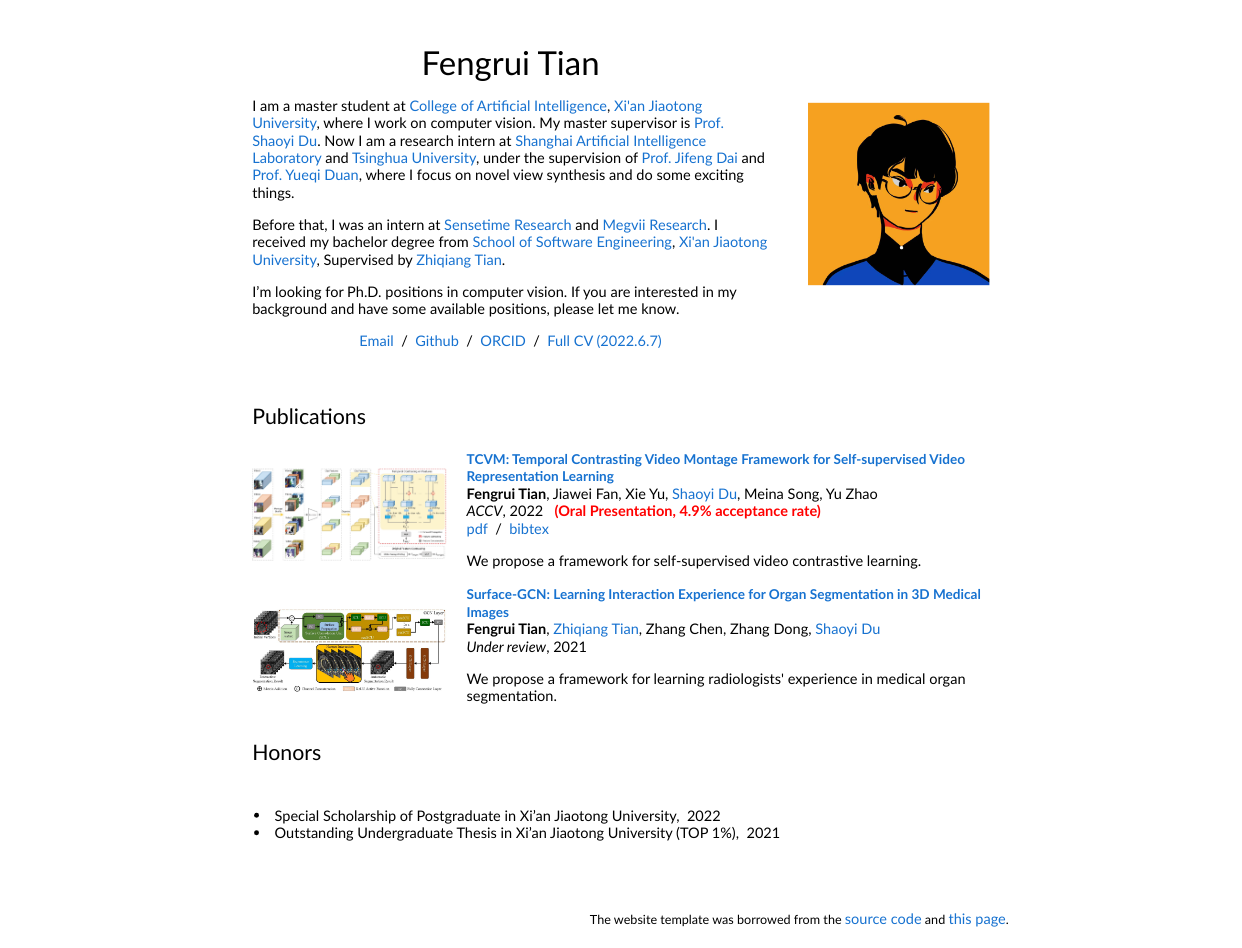
Repository: tianfr/tianfr.github.io
Page: index.html
An editor plug-in stored every save of this project. The page is shown before and after the next save, followed by the edit.
The browser window is 1280 px wide. The pictures show the whole page, at 97% of full size.

Above is the page before, as saved 2022-11-20 16:24:34.

### index.html
<!DOCTYPE HTML>
<html lang="en"><head><meta http-equiv="Content-Type" content="text/html; charset=UTF-8">

  <title>Fengrui Tian </title>

  <meta name="author" content="Fengrui Tian">
  <meta name="viewport" content="width=device-width, initial-scale=1">

  <link rel="stylesheet" type="text/css" href="stylesheet.css">
	<link rel="icon" href="data:[embedded picture, 141 characters]">
</head>

<body>
  <table style="width:100%;max-width:800px;border:0px;border-spacing:0px;border-collapse:separate;margin-right:auto;margin-left:auto;"><tbody>
    <tr style="padding:0px">
      <td style="padding:0px">
        <table style="width:100%;border:0px;border-spacing:0px;border-collapse:separate;margin-right:auto;margin-left:auto;"><tbody>
          <tr style="padding:0px">
            <td style="padding:2.5%;width:63%;vertical-align:middle">
              <p style="text-align:center">
                <name>
                  Fengrui Tian
                  <!-- <font face="KaiTi" size="6">田丰瑞</font> -->
                </name>
              </p>
              <p>I am a master student at <a href="http://iair.xjtu.edu.cn/">College of Artificial Intelligence</a>, <a href="http://www.xjtu.edu.cn/">Xi'an Jiaotong University</a>, where I work on computer vision. My master supervisor is <a href="https://gr.xjtu.edu.cn/en/web/dushaoyi/home">Prof. Shaoyi Du</a>. Now I am a research intern at <a href="https://www.shlab.org.cn/">Shanghai Artificial Intelligence Laboratory</a> and <a href="https://www.tsinghua.edu.cn/">Tsinghua University</a>, under the supervision of <a href="https://jifengdai.org/">Prof. Jifeng Dai</a> and  <a href="https://duanyueqi.github.io/">Prof. Yueqi Duan</a>, where I focus on novel view synthesis and do some exciting things.
              </p>
              <p> Before that, I was an intern at <a href="https://www.sensetime.com/">Sensetime Research</a> and
                <a href="https://www.megvii.com/">Megvii Research</a>. I received my bachelor degree from  <a href="https://blog.google/products/google-ar-vr/introducing-next-generation-jump/">School of Software Engineering</a>, <a href="http://www.xjtu.edu.cn/">Xi'an Jiaotong University</a>, Supervised by <a href="https://gr.xjtu.edu.cn/en/web/zhiqiangtian/home">Zhiqiang Tian</a>.
              </p>
              <p>  I’m looking for Ph.D. positions in computer vision. If you are interested in my background and have some available positions, please let me know.
              </p>
              <p style="text-align:center">
                <a href="mailto:tianfr@stu.xjtu.edu.cn">Email</a> &nbsp/&nbsp
                <!-- <a href="data/JonBarron-CV.pdf">CV</a> &nbsp/&nbsp -->
                <!-- <a href="data/JonBarron-bio.txt">Bio</a> &nbsp/&nbsp -->
                <!-- <a href="https://scholar.google.com/citations?hl=en&user=jktWnL8AAAAJ">Google Scholar</a> &nbsp/&nbsp -->
                <!-- <a href="https://twitter.com/jon_barron">Twitter</a> &nbsp/&nbsp -->
                <a href="https://github.com/tianfr/">Github</a> &nbsp/&nbsp
                <a href="https://orcid.org/0000-0002-9577-5276">ORCID</a> &nbsp/&nbsp
                <a href="data/PS_Tian Fengrui_2022_6_7_en.pdf">Full CV (2022.6.7)</a>

              </p>
            </td>
            <td style="padding:2.5%;width:25%;max-width:25%">
              <a href="images/Fengrui_Tian_avatar.jpg"><img style="width:100%;max-width:100%" alt="profile photo" src="images/Fengrui_Tian_avatar.jpg" class="hoverZoomLink"></a>
            </td>
          </tr>
        <!-- </tbody></table>
        <table style="width:100%;border:0px;border-spacing:0px;border-collapse:separate;margin-right:auto;margin-left:auto;"><tbody>
            <tr>
            <td style="padding:20px;width:100%;vertical-align:middle">
              <heading>Research</heading>
              <p>
                I'm interested in computer vision, machine learning, optimization, and image processing. Much of my research is about inferring the physical world (shape, motion, color, light, etc) from images. Representative papers are <span class="highlight">highlighted</span>.
              </p>
            </td>
          </tr>
        </tbody></table> -->
        <table width="100%" align="center" border="0" cellspacing="0" cellpadding="20"><tbody>
          <tr>
            <td>
              <heading>Publications</heading>
            </td>
          </tr>
        </tbody></table>
        <table style="width:100%;border:0px;border-spacing:0px;border-collapse:separate;margin-right:auto;margin-left:auto;"><tbody>

          <tr onmouseout="dreamfusion_stop()" onmouseover="dreamfusion_start()">
            <td style="padding:20px;width:25%;vertical-align:middle">
              <img src="images/tcvm_overview.jpg" alt="prl" width="200" height="95">
            </td>
            <!-- <td style="padding:20px;width:25%;vertical-align:middle">
              <div class="one">
                <div class="two" id='dreamfusion_image'><video  width=100% height=100% muted autoplay loop>
                <source src="images/dreamfusion.mp4" type="video/mp4">
                Your browser does not support the video tag.
                </video></div>
                <img src='images/tcvm_overview.jpg' width="160">
              </div>
              <script type="text/javascript">
                function dreamfusion_start() {
                  document.getElementById('dreamfusion_image').style.opacity = "1";
                }

                function dreamfusion_stop() {
                  document.getElementById('dreamfusion_image').style.opacity = "0";
                }
                dreamfusion_stop()
              </script>
            </td> -->
            <!-- <td style="padding:20px;width:75%;vertical-align:middle"> -->
            <td width="75%" valign="middle">
              <a href="paper/22accv_tcvm.pdf">
                <papertitle>TCVM: Temporal Contrasting Video Montage Framework for Self-supervised Video Representation Learning</papertitle>
              </a>
              <br>
              <strong>Fengrui Tian</strong>,
              Jiawei Fan,
              Xie Yu,
              <a href="https://gr.xjtu.edu.cn/en/web/dushaoyi/home">Shaoyi Du</a>,
              Meina Song,
              Yu Zhao
              <br>
              <em>ACCV</em>, 2022 &nbsp <font color="red"><strong>(Oral Presentation, 4.9% acceptance rate)</strong></font>
              <br>
              <a href="paper/22accv_tcvm.pdf">pdf</a>  &nbsp/&nbsp
              <a href="data/accv22TCVM.bib">bibtex</a>
              <p></p>
              <p>
              We propose a framework for self-supervised video contrastive learning.
              </p>
            </td>
          </tr>


          <tr>
            <td style="padding:20px;width:25%;vertical-align:middle">
              <img src="images/surfacegcn.jpg" alt="prl" width="200" height="85">
            </td>
            <td width="75%" valign="middle">
              <a href="">
                <papertitle>Surface-GCN: Learning Interaction Experience for Organ Segmentation in 3D Medical Images</papertitle>
              </a>
              <br>
              <strong>Fengrui Tian</strong>,
              <a href="https://gr.xjtu.edu.cn/en/web/zhiqiangtian/home">Zhiqiang Tian</a>,
              Zhang Chen,
              Zhang Dong,
              <a href="https://gr.xjtu.edu.cn/en/web/dushaoyi/home">Shaoyi Du</a>
              <br>
              <em>Under review</em>, 2021
              <br>
              <!-- <a href="data/BarronPRL2009.bib">bibtex</a> -->
              <p>We propose a framework for learning radiologists' experience in medical organ segmentation.</p>
            </td>
          </tr>

        </tbody></table>


        <table width="100%" align="center" border="0" cellspacing="0" cellpadding="20"><tbody>
          <tr>
            <td>
              <heading>Honors</heading>
            </td>
          </tr>
        </tbody></table>
        <table width="100%" align="center" border="0" cellpadding="20"><tbody>
          <tr>
            <td style="padding:20px;width:100%;vertical-align:middle">
              <li>Special Scholarship of Postgraduate in Xi’an Jiaotong University,&nbsp; 2022 </li>
              <li>Outstanding Undergraduate Thesis in Xi’an Jiaotong University (TOP 1%),&nbsp; 2021 </li> <br>
          </td>

          </tr>


        </tbody></table>
        <table style="width:100%;border:0px;border-spacing:0px;border-collapse:separate;margin-right:auto;margin-left:auto;"><tbody>
          <tr>
            <td style="padding:0px">
              <br>
              <p style="text-align:right;font-size:small;">
                The website template was borrowed from the <a href="https://github.com/jonbarron/website">source code</a> and <a href="https://jonbarron.info/"> this page</a>.
              </p>
            </td>
          </tr>
        </tbody></table>
      </td>
    </tr>
  </table>
</body>

</html>

### stylesheet.css
/* latin-ext */
@font-face {
  font-family: 'Lato';
  font-style: italic;
  font-weight: 400;
  src: local('Lato Italic'), local('Lato-Italic'), url(https://fonts.gstatic.com/s/lato/v15/S6u8w4BMUTPHjxsAUi-qNiXg7eU0.woff2) format('woff2');
  unicode-range: U+0100-024F, U+0259, U+1E00-1EFF, U+2020, U+20A0-20AB, U+20AD-20CF, U+2113, U+2C60-2C7F, U+A720-A7FF;
}
/* latin */
@font-face {
  font-family: 'Lato';
  font-style: italic;
  font-weight: 400;
  src: local('Lato Italic'), local('Lato-Italic'), url(https://fonts.gstatic.com/s/lato/v15/S6u8w4BMUTPHjxsAXC-qNiXg7Q.woff2) format('woff2');
  unicode-range: U+0000-00FF, U+0131, U+0152-0153, U+02BB-02BC, U+02C6, U+02DA, U+02DC, U+2000-206F, U+2074, U+20AC, U+2122, U+2191, U+2193, U+2212, U+2215, U+FEFF, U+FFFD;
}
/* latin-ext */
@font-face {
  font-family: 'Lato';
  font-style: italic;
  font-weight: 700;
  src: local('Lato Bold Italic'), local('Lato-BoldItalic'), url(https://fonts.gstatic.com/s/lato/v15/S6u_w4BMUTPHjxsI5wq_FQftx9897sxZ.woff2) format('woff2');
  unicode-range: U+0100-024F, U+0259, U+1E00-1EFF, U+2020, U+20A0-20AB, U+20AD-20CF, U+2113, U+2C60-2C7F, U+A720-A7FF;
}
/* latin */
@font-face {
  font-family: 'Lato';
  font-style: italic;
  font-weight: 700;
  src: local('Lato Bold Italic'), local('Lato-BoldItalic'), url(https://fonts.gstatic.com/s/lato/v15/S6u_w4BMUTPHjxsI5wq_Gwftx9897g.woff2) format('woff2');
  unicode-range: U+0000-00FF, U+0131, U+0152-0153, U+02BB-02BC, U+02C6, U+02DA, U+02DC, U+2000-206F, U+2074, U+20AC, U+2122, U+2191, U+2193, U+2212, U+2215, U+FEFF, U+FFFD;
}
/* latin-ext */
@font-face {
  font-family: 'Lato';
  font-style: normal;
  font-weight: 400;
  src: local('Lato Regular'), local('Lato-Regular'), url(https://fonts.gstatic.com/s/lato/v15/S6uyw4BMUTPHjxAwXiWtFCfQ7A.woff2) format('woff2');
  unicode-range: U+0100-024F, U+0259, U+1E00-1EFF, U+2020, U+20A0-20AB, U+20AD-20CF, U+2113, U+2C60-2C7F, U+A720-A7FF;
}
/* latin */
@font-face {
  font-family: 'Lato';
  font-style: normal;
  font-weight: 400;
  src: local('Lato Regular'), local('Lato-Regular'), url(https://fonts.gstatic.com/s/lato/v15/S6uyw4BMUTPHjx4wXiWtFCc.woff2) format('woff2');
  unicode-range: U+0000-00FF, U+0131, U+0152-0153, U+02BB-02BC, U+02C6, U+02DA, U+02DC, U+2000-206F, U+2074, U+20AC, U+2122, U+2191, U+2193, U+2212, U+2215, U+FEFF, U+FFFD;
}
/* latin-ext */
@font-face {
  font-family: 'Lato';
  font-style: normal;
  font-weight: 700;
  src: local('Lato Bold'), local('Lato-Bold'), url(https://fonts.gstatic.com/s/lato/v15/S6u9w4BMUTPHh6UVSwaPGQ3q5d0N7w.woff2) format('woff2');
  unicode-range: U+0100-024F, U+0259, U+1E00-1EFF, U+2020, U+20A0-20AB, U+20AD-20CF, U+2113, U+2C60-2C7F, U+A720-A7FF;
}
/* latin */
@font-face {
  font-family: 'Lato';
  font-style: normal;
  font-weight: 700;
  src: local('Lato Bold'), local('Lato-Bold'), url(https://fonts.gstatic.com/s/lato/v15/S6u9w4BMUTPHh6UVSwiPGQ3q5d0.woff2) format('woff2');
  unicode-range: U+0000-00FF, U+0131, U+0152-0153, U+02BB-02BC, U+02C6, U+02DA, U+02DC, U+2000-206F, U+2074, U+20AC, U+2122, U+2191, U+2193, U+2212, U+2215, U+FEFF, U+FFFD;
}

a {
  color: #1772d0;
  text-decoration: none;
}

a:focus,
a:hover {
  color: #f09228;
  text-decoration: none;
}

body,
td,
th,
tr,
p,
a {
  font-family: 'Lato', Verdana, Helvetica, sans-serif;
  font-size: 15px
}

strong {
  font-family: 'Lato', Verdana, Helvetica, sans-serif;
  font-size: 15px;
}

heading {
  font-family: 'Lato', Verdana, Helvetica, sans-serif;
  font-size: 22px;
}

papertitle {
  font-family: 'Lato', Verdana, Helvetica, sans-serif;
  font-size: 14px;
  font-weight: 700
}

name {
  font-family: 'Lato', Verdana, Helvetica, sans-serif;
  font-size: 34px;
}

.one {
  width: 160px;
  height: 160px;
  position: relative;
}

.two {
  width: 160px;
  height: 160px;
  position: absolute;
  transition: opacity .2s ease-in-out;
  -moz-transition: opacity .2s ease-in-out;
  -webkit-transition: opacity .2s ease-in-out;
}

.fade {
  transition: opacity .2s ease-in-out;
  -moz-transition: opacity .2s ease-in-out;
  -webkit-transition: opacity .2s ease-in-out;
}

span.highlight {
  background-color: #ffffd0;
}

After the next save:
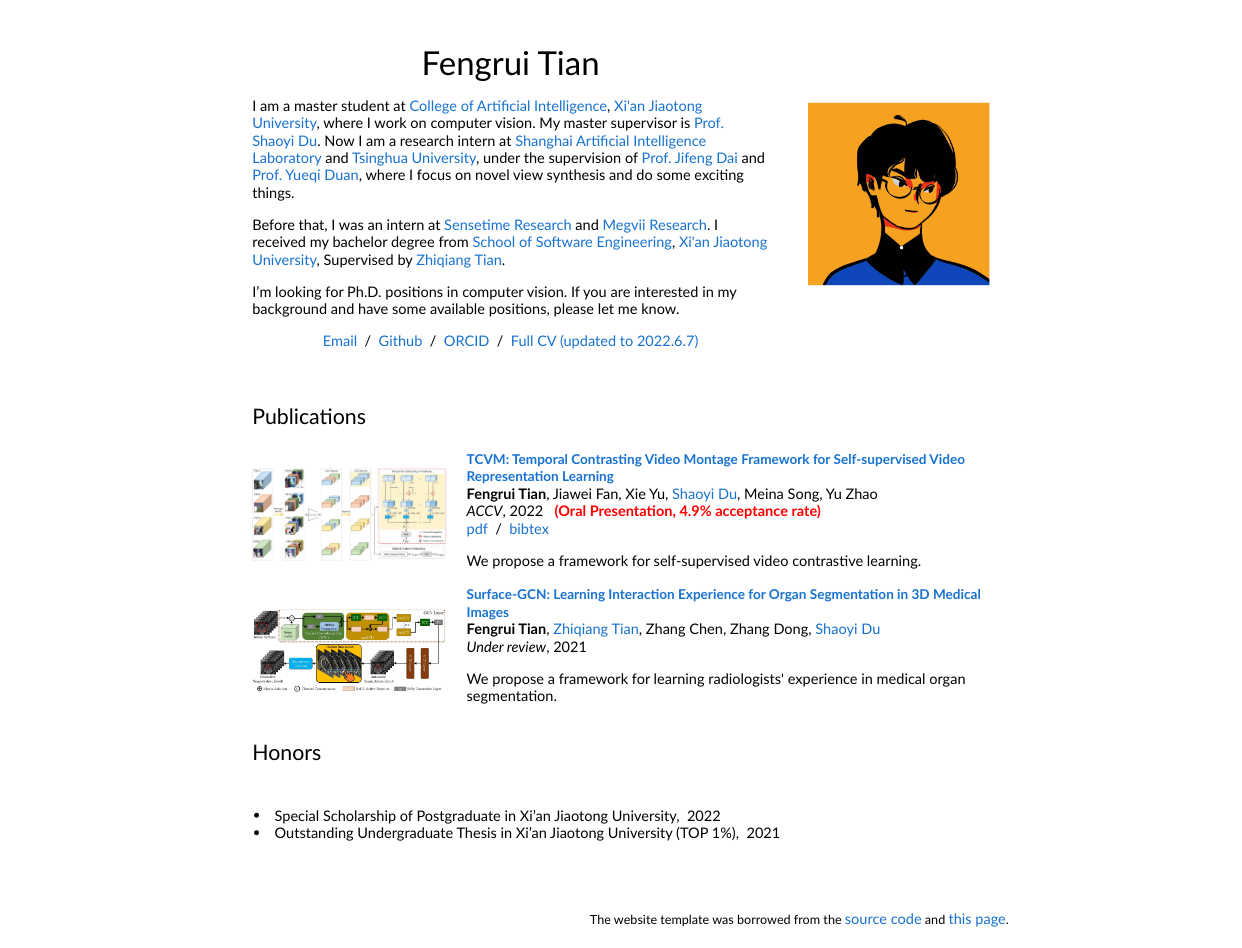
Saved 4 s later.
--- a/index.html
+++ b/index.html
@@ -38,7 +38,7 @@
                 <!-- <a href="https://twitter.com/jon_barron">Twitter</a> &nbsp/&nbsp -->
                 <a href="https://github.com/tianfr/">Github</a> &nbsp/&nbsp
                 <a href="https://orcid.org/0000-0002-9577-5276">ORCID</a> &nbsp/&nbsp
-                <a href="data/PS_Tian Fengrui_2022_6_7_en.pdf">Full CV (2022.6.7)</a>
+                <a href="data/PS_Tian Fengrui_2022_6_7_en.pdf">Full CV (updated to 2022.6.7)</a>
 
               </p>
             </td>
